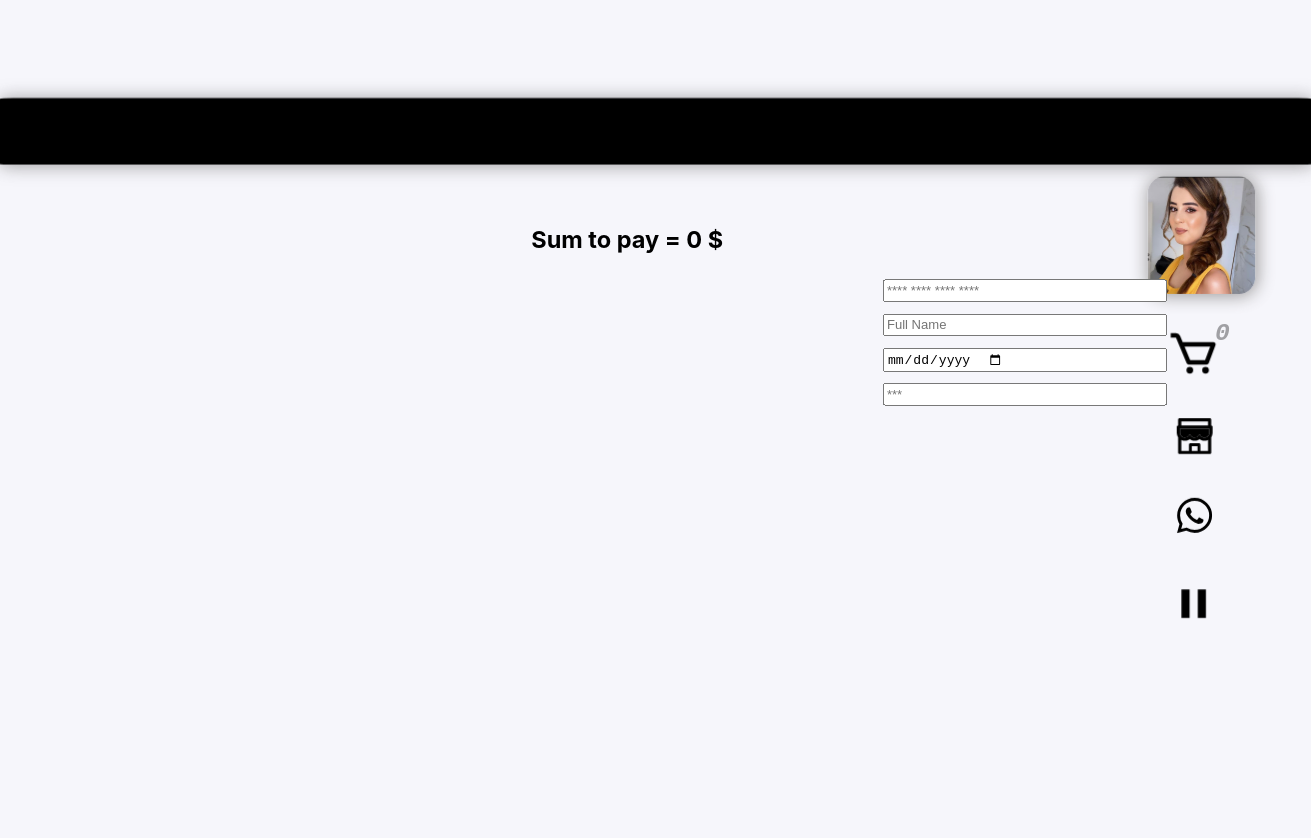
Repository: rehamAbass/BeautyCareShop
Page: /, after clicking the first element matching `svg.cartIcon`
An editor plug-in stored every save of this project. The page is shown before and after the next save, followed by the edit.
The browser window is 1280 px wide. The page is 1338 px wide, so the pictures cover 1338 px, including what lies to the right of the window. The pictures show the whole page, at 98% of full size.
The page's requests for data from a server got no answer. Some web fonts or font styles are not loaded; a fallback is used. The project was rebuilt for these pictures with package versions that can differ from the ones it lists, and the page was loaded fresh each time. No one was signed in, and anything a server would have sent is missing. Also part of the build but not shown: src/components/allProducts/card-list.css, src/components/allProducts/prod/card.css, src/components/allProducts/prod/card.component.jsx, src/components/search-box/search-box.css, src/components/myCart/cartProduct/cartProduct.css, src/components/myCart/cartProduct/cartProduct.jsx. Imported but missing from the stored project, and not drawn on this page: src/components/header/music/ed.mp3.

Above is the page before, as saved 2022-06-08 17:23:08.

### public/index.html
<!DOCTYPE html>
<html lang="en">
  </style>
  <head>
    <meta charset="utf-8" />
    <link rel="icon" href="" />
    <meta name="viewport" content="width=device-width, initial-scale=1" />
    <meta name="theme-color" content="#000000" />
    <meta
      name="description"
      content="Web site created using create-react-app"
    />
    <link rel="apple-touch-icon" href="" />
    <link rel="manifest" href="%PUBLIC_URL%/manifest.json" />
    <link rel="preconnect" href="https://fonts.googleapis.com">
    <link rel="preconnect" href="https://fonts.gstatic.com" crossorigin>
    <link href="https://fonts.googleapis.com/css2?family=Bigelow+Rules&display=swap" rel="stylesheet">
    <link rel="preconnect" href="https://fonts.googleapis.com">
    <link rel="preconnect" href="https://fonts.gstatic.com" crossorigin>
    <link href="https://fonts.googleapis.com/css2?family=Bigelow+Rules&family=Dancing+Script&display=swap"
      rel="stylesheet">
    <title color:'purble'>BeautyShop💄</title>
  </head>
  <body>

    <div id="root"></div>
  </body>
</html>

<!--
  <video id="video1" loop="" muted="" src="https://prod-streaming-video-msn-com.akamaized.net/aa5cb260-7dae-44d3-acad-3c7053983ffe/1b790558-39a2-4d2a-bcd7-61f075e87fdd.mp4"></video>

 -->

### src/App.js

// import React from 'react'
import CardList from './components/allProducts/card-list.component';
import SearchBox from './components/search-box/search-box.component';
import './App.css'
import axios from "axios";
import React, { Component } from "react";
import Header from './components/header/header.component.jsx'
import { useState, useEffect } from 'react';
import Cart from './components/myCart/myCart.jsx'

const App = () => {
  const [products, setProducts] = useState([]);
  const [cartProducts, setCartProducts] = useState([]);
  const [filteredProducts, setFilteredProducts] = useState(products);
  const [searchString, setSearchString] = useState('');
  const [showCart, setShowCart] = useState(false);
    const [cartCounter, setCartCounter] = useState(0);
      const [Sum, setSum] = useState(0);
      const [imgs, setImgs] = useState([])

  //==========================================================================
  const   getDataFromDB= async ()=> {
    const response = await axios.get("http://localhost:8000/products/");
    setCartProducts(response);
  }
  //===========================================================
  const deleteProd = async (id) => {
    let response = await axios.delete(
      `http://localhost:8000/product/${id}`
    );
  }
  //=============================================================
  const saveProd = async (p) => {
    const response = await axios.post(
      "http://localhost:8000/product",p
    );
  }

   const  updateProd = async (p) => {
    const response = await axios.put(
      "http://localhost:8000/product",p
    );
  }
  //============================================================================
  useEffect(() => {
    fetch('http://makeup-api.herokuapp.com/api/v1/products.json?brand=maybelline')
      .then((res) => res.json())
      .then((users) => {
          users = users.map(user => (
         {id:user.id,
         name:user.name,
         brand:user.brand,
         price:user.price,
        image_link:user.image_link,
         product_link:user.product_link,
         description:user.description,
        rating:user.rating,
         product_type:user.product_type,
          product_api_url:user.product_api_url,
          product_colors:user.product_colors,
        amount:0
         }))


         getDataFromDB();
        setFilteredProducts(users);
        setProducts(users);
        setImgs(users.map((u)=>(u.image_link)));
      })
  }, []); // it runs only one time - no need to call it in each render because [] is empty !!
  //=========================================================================================
  useEffect(() => {
    let filteredgroup = products.filter((p) => p.name.toLowerCase().includes(searchString));
    setFilteredProducts(filteredgroup);
  }, [products, searchString])

  //========================================================================================
  const onSearchChanged = (event) => {
    let input = event.target.value.toLowerCase();
    setSearchString(input);
  }
  //=========================================================================================
  const addProduct=(product)=>{
        let updatePro = cartProducts.filter(p=> p.id === product.id);
     if(updatePro.length>0){
       // it means that YES the product exists before in Cart! just increase the amount of it:
       updatePro = updatePro[0];
       updatePro.amount +=1;
        let newarray = cartProducts.map(p=>( p.id === product.id ? updatePro:p )) ;
        setCartProducts(newarray);
     }else{
        let newProductToAdd = {...product, amount:1};
         setCartProducts([...cartProducts,newProductToAdd ]);
         saveProd(product);
         updateProd();
     }

      }
  //=================================================================================
  //    ,
  const deleteProduct = (product) => {
    let newArr = cartProducts.filter(p => p.id !== product.id);
    setCartProducts(newArr);
    deleteProd(product.id);
  }
 //===================================================================================
   const decreaseProduct=(product)=>{

     if(product.amount >1){
       let update = product;
       update.amount -=1;
        let newarray = cartProducts.map(p=>(p.id === product.id ? update:p )) ;
     setCartProducts(newarray);
     }else{ // amount was  === 1
        let newArr = cartProducts.filter(p=> p.id !== product.id);
         setCartProducts(newArr);
     }
      }
 //===================================================================================
useEffect(()=>{
  console.log("useEffect, cartProduct changes, so counter changes");
  let all =0;
  let summ=0;
  for(let p of cartProducts){
     all = all+p.amount;
    summ = summ+ (p.amount * p.price);
}
    setSum(summ);
    setCartCounter(all);
},[cartProducts]);

//====================================================================================
  useEffect(()=>{
    console.log("open Cart = ",showCart);
  },[showCart])
 //=========================================================================================
const HandleCart =(val)=>{
  setShowCart(val);
}
 const handleSumCount = ()=>{
  setSum(0);
  setCartProducts([]);
  setCartCounter(0);

 }
 //=========================================================================================
  return (
    <div className="App">
      <header className="App-header">
        <Header counter ={cartCounter}
        imgs={imgs}
        handleCart = {HandleCart}/>
        {showCart === false &&
          <div>
           <SearchBox
          className='search-box2'
          searchHandler={onSearchChanged}
          group={filteredProducts}
        />
            <CardList
              group={filteredProducts}
               addProduct={addProduct} />
        </div>

        }
          {(showCart === true) &&
            <Cart sum ={Sum} group={cartProducts}
           addProduct={addProduct}
            deleteProduct={deleteProduct}
            decreaseProduct={decreaseProduct}
              handleSumCount={handleSumCount}
            />
          }
      </header>
    </div>
  )
}

export default App;

### src/components/allProducts/card-list.component.jsx

import './card-list.css'
import Card from './prod/card.component'
import React from 'react'

const CardList = ({ group ,addProduct}) => {
    return (
        <div className='card-list'>
            {group.map((p,i) =>
                (
                    <Card
                    key={i}
                    product={p}
                     addProduct={addProduct}/>
                )
            )
            }
        </div >

    )
}

export default CardList;

### src/components/search-box/search-box.component.jsx

import React from 'react'
import './search-box.css'


const SearchBox = ({ className, placeholder, searchHandler, group }) => {

    return (
        <div className='search-box'>
            <input
                className={className}
                type='search'
                placeholder='Search Products'
                onChange={searchHandler}
                style={{
                     fontStyle:'unset', fontStretch: 'extra-expanded'
                , fontSize:'large', borderRadius:'15%'}}
            />
            {group.length === 0 ?
                <div className='alert2'> NO Products with this prefix </div> : ''}
        </div>
    )
}


export default SearchBox;

### src/App.css
body {
  margin: 0;
  padding: 0;
  font-family: -apple-system, BlinkMacSystemFont, 'Segoe UI', 'Roboto', 'Oxygen',
    'Ubuntu', 'Cantarell', 'Fira Sans', 'Droid Sans', 'Helvetica Neue',
    sans-serif;
    background-color:rgba(192, 190, 228, 0.135);
  -webkit-font-smoothing: antialiased;
  -moz-osx-font-smoothing: grayscale;
  text-align: center;
}



















/* -------------------------------------------------------------------------------------- */

/* .App {
  text-align: center;
}

.App-logo {
  height: 40vmin;
  pointer-events: none;
}

@media (prefers-reduced-motion: no-preference) {
  .App-logo {
    animation: App-logo-spin infinite 20s linear;
  }
}

.App-header {
  background-color: #2d5cba;
  min-height: 100vh;
  display: flex;
  flex-direction: column;
  align-items: center;
  justify-content: center;
  font-size: calc(10px + 2vmin);
  color: white;
}

.App-link {
  color: #61dafb;
}

@keyframes App-logo-spin {
  from {
    transform: rotate(0deg);
  }
  to {
    transform: rotate(360deg);
  }
}

*/

### src/components/header/header.component.jsx
import React from 'react'
import './header.css'
import Music from './music/music.component';
import fatme from './fatme.jpeg'
import CartIcon from './cartIcon/cartIcon.component';
import {BsWhatsapp} from 'react-icons/bs'
import {AiTwotoneShop} from 'react-icons/ai'

const Header = ({counter,imgs, handleCart}) => {
    return (
        <div className='headClass'>
        <div className='imgs'>
            {imgs.map((link, i) => (
                    (i>=19 && i <29)&&<img
                    style={{transform:'scale(1)' ,  margin:'0px'}}
                    key={i}
                    src={link} alt='prod' />

            ))}
        </div>

            <img className='myImg' src={fatme} alt='me'
            />
               <CartIcon
            counter={counter}
             handleCart={handleCart}
            />
            <AiTwotoneShop
            className='goHome'
                onClick={() => {
                     handleCart(false)}}
            />
            <h4 className='title' >
                <marquee direction='left' loop='2' >Fatima Beauty Care Shop</marquee>
            </h4>


            <Music />


            <a  className='whatsApp'  aria-label="whats"
                target="_blank" rel="noopener"
                href="https://api.whatsapp.com/send?phone=972543656019&text=hello%20Fatima%20from%20your%20BeautyCareShop%20Website%20💄"
              >
              <BsWhatsapp/>
            </a>
        </div>
    )
}

export default Header;

### src/components/myCart/myCart.jsx
import './myCart.css'
import React from 'react'
import Card from './cartProduct/cartProduct.jsx'
import { useState } from 'react'

import Pay from './Payment/Pay'


const Cart = ({ sum, group, addProduct, deleteProduct, decreaseProduct  , handleSumCount}) => {

        const [paid, setPaid] = useState(false);
        const handlePaid = (val) => {
                setPaid(val);
            }
            //--------------------------------------
    return (
        <div className='allComp' >
              <h2 className='sum'> Sum to pay =  { sum } $ </h2>



                 {(paid === false)&&
                 <Pay/>}

           {(paid == true)&&
            <h2
            style={{ fontSize: 'x-large' }}>
                THANK YOU MAN, PAID SUSSESSFULLY💳👍🏼👍🏼
            </h2>}


           {(paid === false) &&
            <div className='myCart' > {
                group.map((p, index) => (<
                                Card key = { index }
                                product = { p }
                                addProduct = { addProduct }
                                deleteProduct = { deleteProduct }
                                decreaseProduct = { decreaseProduct }
                                />)
                            )
            }
            </div>}
            </div>
                    )
                }


                export default Cart;

### src/components/header/header.css
.title {
    width: 110%;
    position: relative;
    font-size: 46px;
    font-weight: bolder;
    font-family: 'Dancing Script';
 color:rgb(251, 251, 251);
    font-stretch: extra-expanded;
    /* text-shadow: 11px 1px 11px rgb(255, 0, 123); */
    background-color: rgb(0, 0, 0);
     box-shadow: 1px 1px 17px 1px rgba(135, 134, 135, 0.74);
     margin-top: 40px;
     border-radius:1%;
}
.imgs{
    width: 110%;
    position: relative;
    height:60px;
     margin: 0px;
}
.goHome{
    color:rgb(0, 0, 0);
     position:fixed;
    margin-left: 47%;
    margin-top:376px;
     transform: scale(2.6);
}
.goHome:hover{
    color:rgb(160, 160, 164);
    transform:scale(3);
}
.whatsApp{
    color:rgb(0, 0, 0);
     position:fixed;
    margin-left: 47%;
    margin-top:290px;
     transform: scale(2);
}
.whatsApp:hover{
  color:rgb(160, 160, 164);

   }
.myImg{
    position:fixed;
    margin-left: 44%;
    margin-top:120px;
    width: 110px;
  height: 120px;
    box-shadow: 1px 1px 17px 1px rgb(155, 153, 153);
    border-radius:15%;
}

.headClass {
    border-radius: 12%;
    width: 95%;
    height: 30px;
    font-size: large;
    /* font-weight: 700; */
    font-style: italic;

}

### src/components/header/music/music.component.jsx
import './music.css'
import { useState, useEffect } from 'react'
import { MdPlayArrow, MdPause } from 'react-icons/md'
import  React  from 'react'
import ed from "./ed.mp3";

const aud = new Audio(ed);
aud.play();

const Music = () => {
    const [flagPlaying, setIsActive] = useState(true);
    const handleClick = (value) => {
        setIsActive(value);
        if (value === true) {
            aud.loop = true;
            aud.play();
        } else {
            aud.pause();
            aud.loop = false;
        }
    }

    return (<div className='myAudio'>
        {(flagPlaying === false) &&
            <MdPlayArrow
                className='btnAudio'
                onClick={() => {
                    if (flagPlaying === false) {
                        handleClick(true);
                    }
                }}
            />
        }
        {(flagPlaying === true) &&
            <MdPause
                className='btnAudio'
                style={{color:'black'}}
                onClick={() => {
                    if (flagPlaying === true) {
                        handleClick(false);
                    }
                }}
            />
        }
    </div>
    )
}


export default Music;

### src/components/header/cartIcon/cartIcon.component.jsx
import React from 'react'
import './cart.css'
import { BiCart } from "react-icons/bi";


const CartIcon = ({ counter,handleCart}) => {

    return (
        <div className='cart-container'>
            <span className='counter'>{counter}</span>
            <BiCart
                    className='cartIcon'
                    onClick={() => {
                      handleCart(true);
                     }}
                />
        </div>
    )
}
export default CartIcon;

### src/components/myCart/myCart.css
.myCart{
    width:900px;
    max-width: 900px;
    margin-left:3%;
    display: grid;
    grid-template-Columns:  1fr 1fr 1fr ;
    grid-gap: 0.4%;
    margin-top: 4%;
    margin-bottom:30%;
}

.alert1 {
    margin-top: 200px;
    text-align: center;
    /* padding: 40px; */
    /* color: rgb(55, 100, 212); */
    color:black;
    font-size: 50px;
    font-stretch: extra-expanded;
    font-family: 'Dancing Script';
    font-weight: bolder;
    text-shadow: 1px 1px  1px rgb(0, 0, 0);
    transform: scale(1.22);
    /* margin-top: '36%'; */
    margin-left:110%;
}
.sum{
    margin-top: 200px;
}
.alertPay {
     margin-left:-42%;
  /* margin-top: 400px; */
    text-align: center;
    color: rgb(13, 37, 100);
    font-size: 350x;
    /* font-stretch: extra-expanded; */
    /* font-family: 'Dancing Script'; */
    font-weight: bolder;
    text-shadow: 1px 1px  1px rgb(0, 0, 0);

}


.paybtn:hover{
    color:rgb(3, 3, 216);
    background-color:rgb(252, 252, 252);
    box-shadow: 1px 1px 2px 1px  rgb(0, 52, 197);
}

### src/components/myCart/Payment/Pay.jsx


import React from 'react'
import './Pay.css'

import {useState} from 'react';
const Pay =()=>{
    const [onChangee , setOnChangee] = useState({});
    const onChangeHandler =(obj)=>{
        setOnChangee(obj);
        }
 //-------------------------------
return (
    <div>
    <form id="cc-form">
    <input type="password" className='inputt'
    name="number" placeholder='**** **** **** ****'/>
    <input type="text" name="name"
    className='inputt' placeholder='Full Name'/>
    <input type="date" className='inputt'
    name="expiry" placeholder='**/****'/>
    <input type="password" className='inputt'
    name="cvc" placeholder='***'/>
</form>
    </div>
)

}



export default Pay;

### src/components/header/music/music.css
.myAudio {}

.btnAudio {
    width:  50px;
    height: 50px;
    position:fixed;
    margin-left: 45.7%;
    margin-top: 362px;
    color:rgb(0, 0, 0);
    border-radius: 90%;
}

.btnAudio:hover {
   color : rgb(160, 160, 164);
    transform: scale(1.125);
    box-shadow: 1px 1px 10px 1px  rgb(160, 162, 169);
}

### src/components/header/cartIcon/cart.css
.cartIcon{
     position:fixed;
    width:55px;
    height:55px;
    color:rgb(0, 0, 0);
    margin-top:1%;
    /* transform: translateZ(-1);
    transition: transform 0.25s ease-out; */
}
.cartIcon:hover{
    transform:scale(1.12);
    color:rgb(160, 160, 164);
}
.cart-container{
    position:fixed;
    margin-left: 93%;
    margin-top: 260px;
}
.cart-container:hover{
    color:rgb(0, 0, 0);
 /* transform: scale(1); */
 cursor: pointer;
}
.counter{
    font-size:large;
    font-family:'Courier New', Courier, monospace;

    color:rgb(160, 160, 164);
    font-weight:bolder;
    text-align: right;
      transform: scale(1.4);
    text-shadow: 2px 2px 12px 12px rgb(0, 0, 0);
    position: fixed;
    margin-left: 4%;
    margin-top:0.8%;
}

### src/components/myCart/Payment/Pay.css
.inputt{
    margin:5px ;
    padding:2px;
    cursor:pointer;
     display: flex;
    flex-direction: row;
}

#cc-form{
    margin-left: 70%;
    width: 300px;
    /* flex-direction: row; */
    align-items: center;
    position:relative;
     display: grid;
    /* grid-template-columns: 1fr; */
    grid-template-rows: 1fr 1fr 1fr 1fr ;
}
.payy{
    cursor:pointer;
    border: 5  rgb(0, 0, 0);
    /* width :550px; */
    height:27px;
    margin-top:10px;
      color:aliceblue;
      padding: 3px;
      padding-top: 0px;
    background-color:rgb(40, 0, 148);
   font-family:serif;
    font-size:medium;
    font-weight:400;
    border-radius:4%;
}

Loaded but not shown: src/index.js (common file); src/index.css (common file)

After the next save:
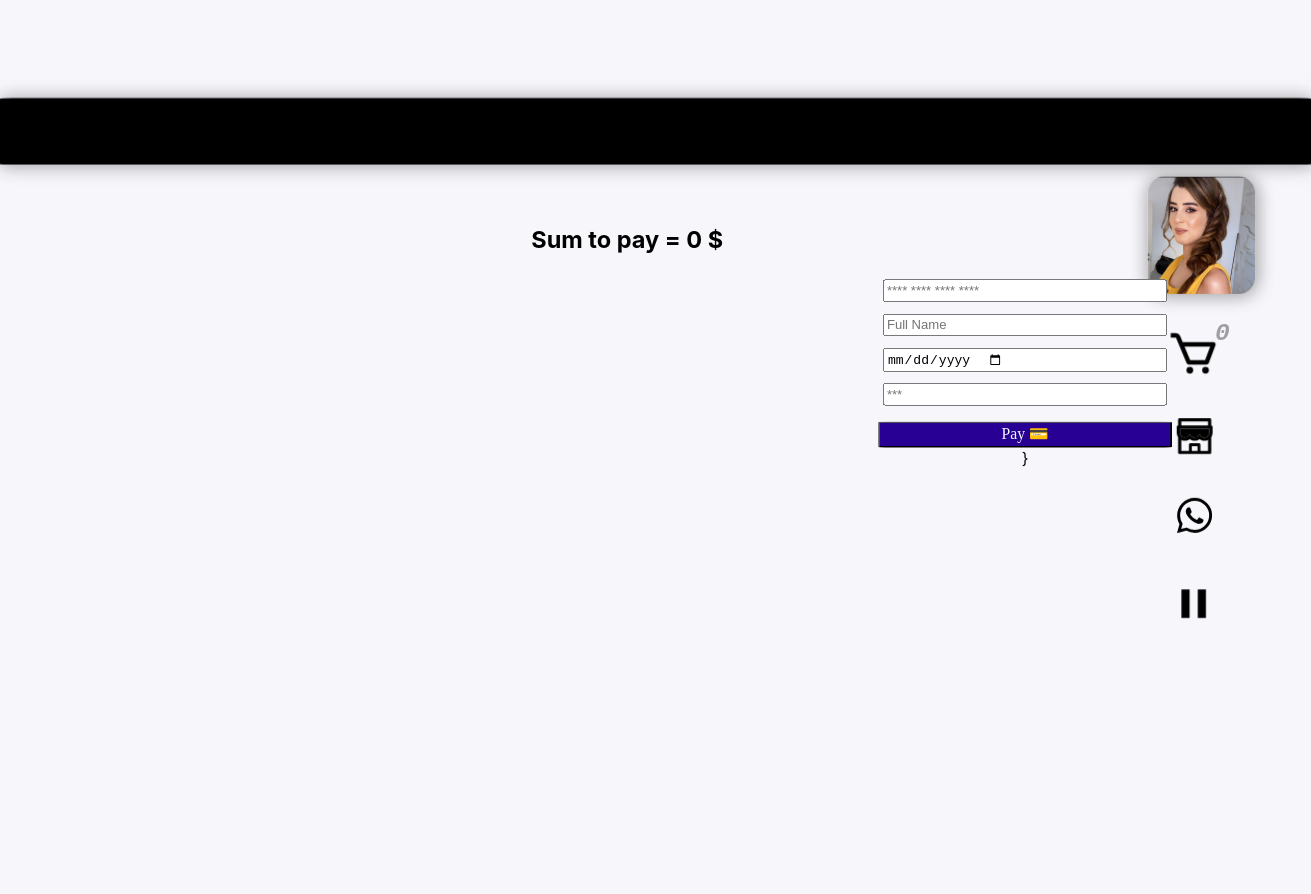
Saved 21 s later.
--- a/src/components/myCart/Payment/Pay.jsx
+++ b/src/components/myCart/Payment/Pay.jsx
@@ -21,6 +21,14 @@ return (
     name="expiry" placeholder='**/****'/>
     <input type="password" className='inputt'
     name="cvc" placeholder='***'/>
+
+            <button className='payy'
+                onClick={() => {
+                    handlePaid(true);
+                     handleSumCount(true);
+                      }}>
+                 Pay 💳
+                 </button>}
 </form>
     </div>
 )
